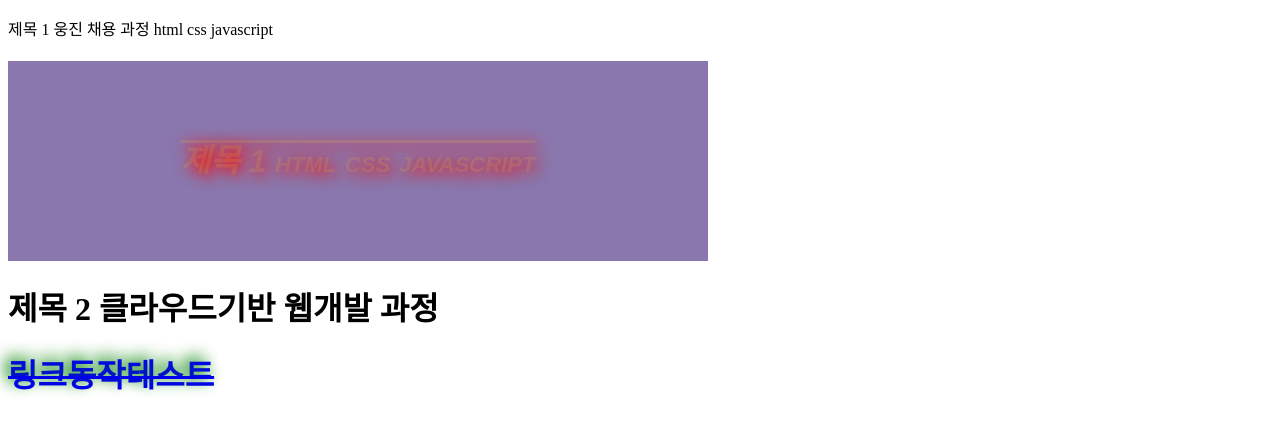
Repository: Kray273/JSLab
Page: css/src/main/webapp/Day97/textstyle.html
The author's editor kept a copy of each file at every save. The page is drawn from the files as they stood at one save, then again after the next save.
The browser window is 1280 px wide. The pictures show the whole page.

Above is the page before, as saved 2022-11-25 05:53:47.

### css/src/main/webapp/Day97/textstyle.html
<!DOCTYPE html>
<html>
<head>
<meta charset="UTF-8">
<title>Text_Style</title>

<style type="text/css">

	/* #target{text-xxx} */
	#target{
		/* style */
		font-family: 감자, sans-serif, monospace;
		/*감자라는 글씨체가 없음으로 sans-serif적용 */
		/* monospace는 글 간격을 통일하게 잡는 속성 */
		font-size: /* 70px */ /* 200%; */ 2em;
		font-style: italic;
		font-weight: bold;
		font-variant: small-caps; /* 대문자로 변환 */
		/*text-transform: uppercase; = font-variant: small-caps;*/
		color: /* red; */ rgba(255,255,0,0.1);
		background-color: #8977AD;

		/* position */
		text-align: center; /* text 가로 정렬 */
		width: 700px; /* 크기의 너비 지정 */
		height: 200px; /* 크기의 높이 지정 */
		line-height: 200px; /* 한줄의 크기 */

		/* decoration */
		text-decoration: overline;
		/* text-shadow: x위치 y위치 음영흐리기 색; */
		text-shadow: 3px 3px 15px red;

	}

@import url('https://fonts.googleapis.com/css2?family=Nanum+Pen+Script&display=swap');
	#google {
		font-family: 'Nanum Pen Script', cursive;
	}

	#link {
		text-decoration: line-through;
		text-shadow: -5px -5px 15px green;
		}
</style>
</head>
<body>

<p>제목 1 웅진 채용 과정 html css javascript</p>
<h1 id="target"> 제목 1 html css javascript</h1>
<h1 id="google"> 제목 2 클라우드기반 웹개발 과정</h1>
<h1><a href="#" id="link">링크동작테스트</a></h1>

</body>
</html>

After the next save:
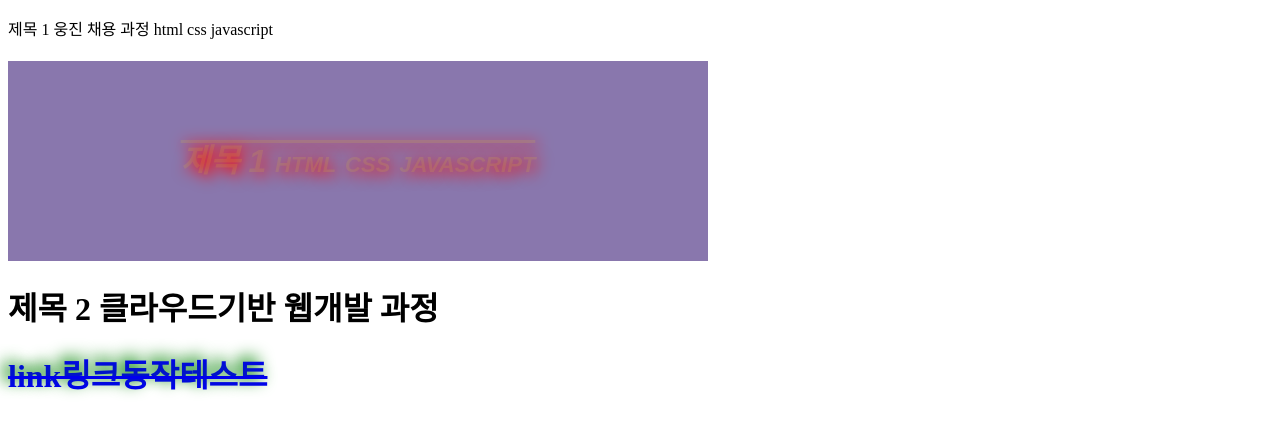
Saved 116 s later.
--- a/css/src/main/webapp/Day97/textstyle.html
+++ b/css/src/main/webapp/Day97/textstyle.html
@@ -15,8 +15,6 @@
 		font-size: /* 70px */ /* 200%; */ 2em;
 		font-style: italic;
 		font-weight: bold;
-		font-variant: small-caps; /* 대문자로 변환 */
-		/*text-transform: uppercase; = font-variant: small-caps;*/
 		color: /* red; */ rgba(255,255,0,0.1);
 		background-color: #8977AD;
 
@@ -31,6 +29,10 @@
 		/* text-shadow: x위치 y위치 음영흐리기 색; */
 		text-shadow: 3px 3px 15px red;
 
+		/* transform */
+		font-variant: small-caps; /* 대문자로 변환 */
+		/*text-transform: uppercase; = 상동 */
+
 	}
 
 @import url('https://fonts.googleapis.com/css2?family=Nanum+Pen+Script&display=swap');
@@ -41,6 +43,7 @@
 	#link {
 		text-decoration: line-through;
 		text-shadow: -5px -5px 15px green;
+		text-transform: lowercase;
 		}
 </style>
 </head>
@@ -49,7 +52,7 @@
 <p>제목 1 웅진 채용 과정 html css javascript</p>
 <h1 id="target"> 제목 1 html css javascript</h1>
 <h1 id="google"> 제목 2 클라우드기반 웹개발 과정</h1>
-<h1><a href="#" id="link">링크동작테스트</a></h1>
+<h1><a href="#" id="link">LinK링크동작테스트</a></h1>
 
 </body>
 </html>
